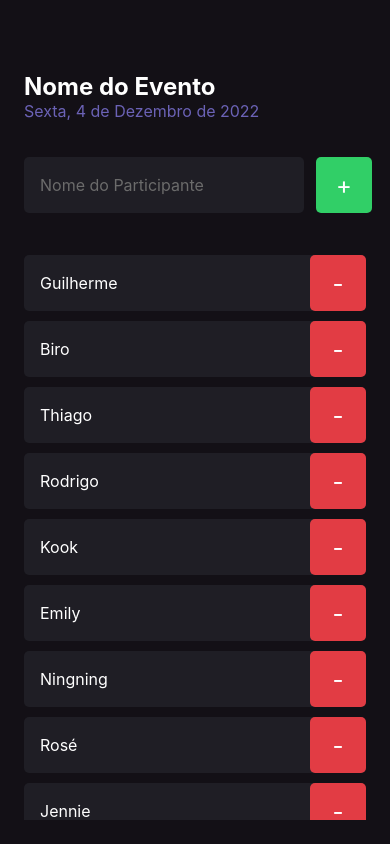
Repository: guilhermecardoso93/reactNative-ignite-imhere
Screen: /
These files come from the project's save history. The screen is drawn as it stood at one moment and after the next save; the edit follows.
An inner scrolling area shows only its first screen. The app was drawn by React Native's web renderer in a window 390 px wide. The project was rebuilt for these pictures with package versions that can differ from the ones it lists, and the page was loaded fresh each time.

Above is the screen before, as saved 2022-10-03 18:56:54.

After the next save:
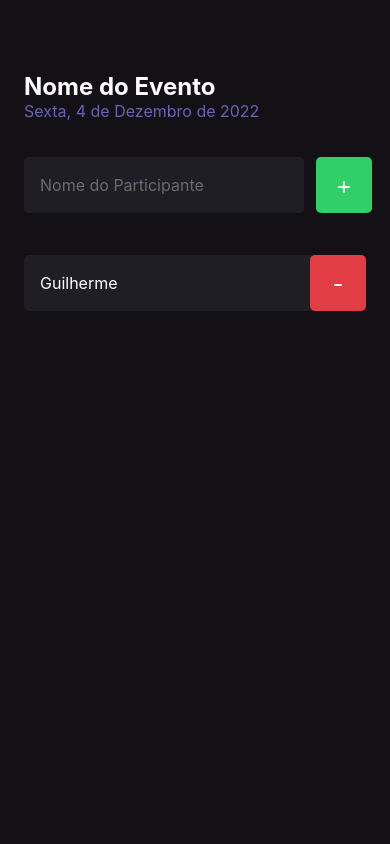
Saved 40 min 36 s later.
--- a/src/screens/Home/index.tsx
+++ b/src/screens/Home/index.tsx
@@ -3,7 +3,6 @@ import {
   View,
   TextInput,
   TouchableOpacity,
-  ScrollView,
   FlatList,
   Alert,
 } from "react-native";
@@ -12,19 +11,7 @@ import { Participant } from "../../components/Participant";
 import { styles } from "./styles";
 
 export default function Home() {
-  const participants = [
-    "Guilherme",
-    "Biro",
-    "Thiago",
-    "Rodrigo",
-    "Kook",
-    "Emily",
-    "Ningning",
-    "Rosé",
-    "Jennie",
-    "Jisoo",
-    "Lisa",
-  ];
+  const participants = ["Guilherme"];
 
   function handleAddPArticipant() {
     if (participants.includes("Rodrigo")) {
